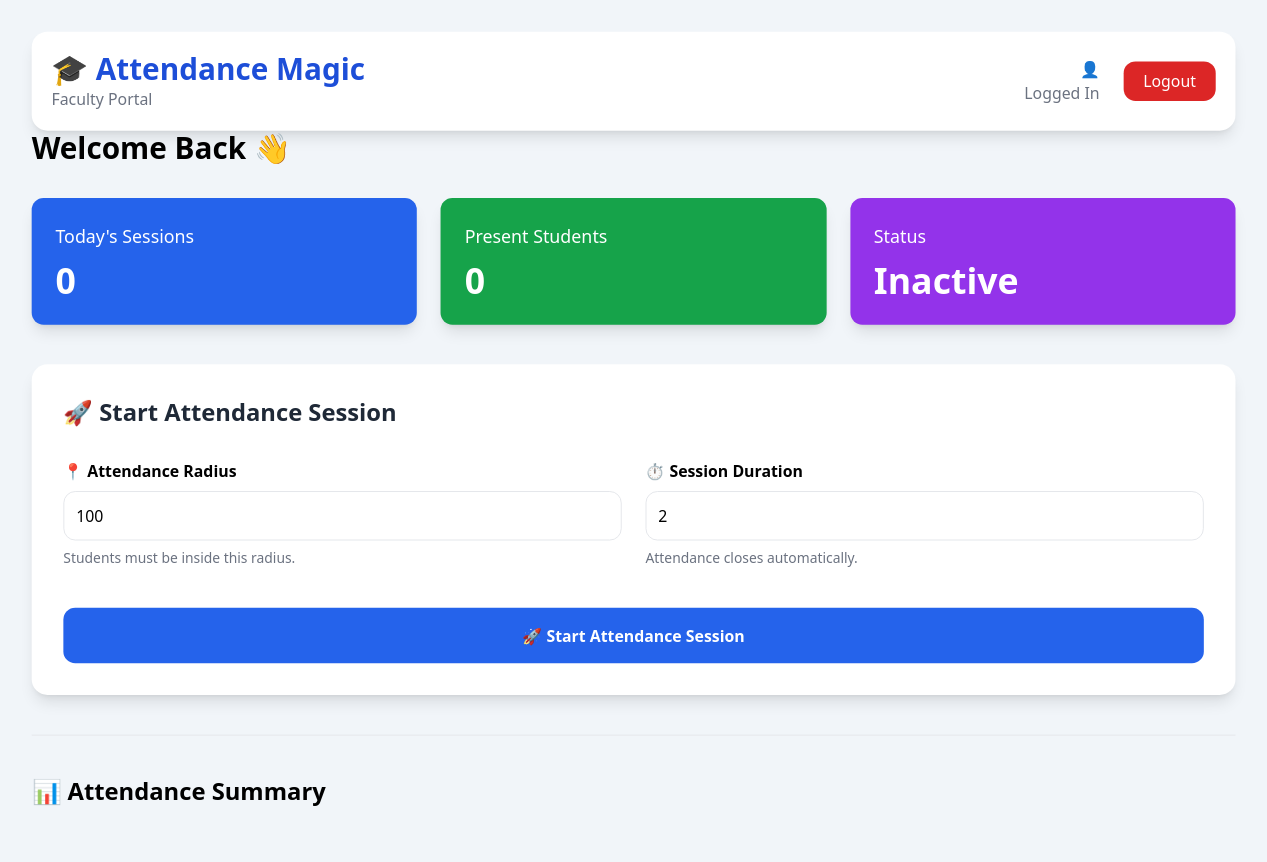
Repository: SparcxSolutions/Attendance_Magic
Page: /faculty (app in frontend/)
An editor plug-in stored every save of this project. The page is shown before and after the next save, followed by the edit.
The browser window is 1280 px wide. The pictures show the whole page, at 99% of full size.
The page's requests for data from a server got no answer. The project was rebuilt for these pictures with package versions that can differ from the ones it lists, and the page was loaded fresh each time. No one was signed in, and anything a server would have sent is missing. Also part of the build but not shown: frontend/vite.config.js, frontend/src/pages/Login.jsx, frontend/src/components/StudentTable.jsx, frontend/src/pages/StudentAttendance.jsx.

Above is the page before, as saved 2026-07-16 12:20:35.

After the next save:
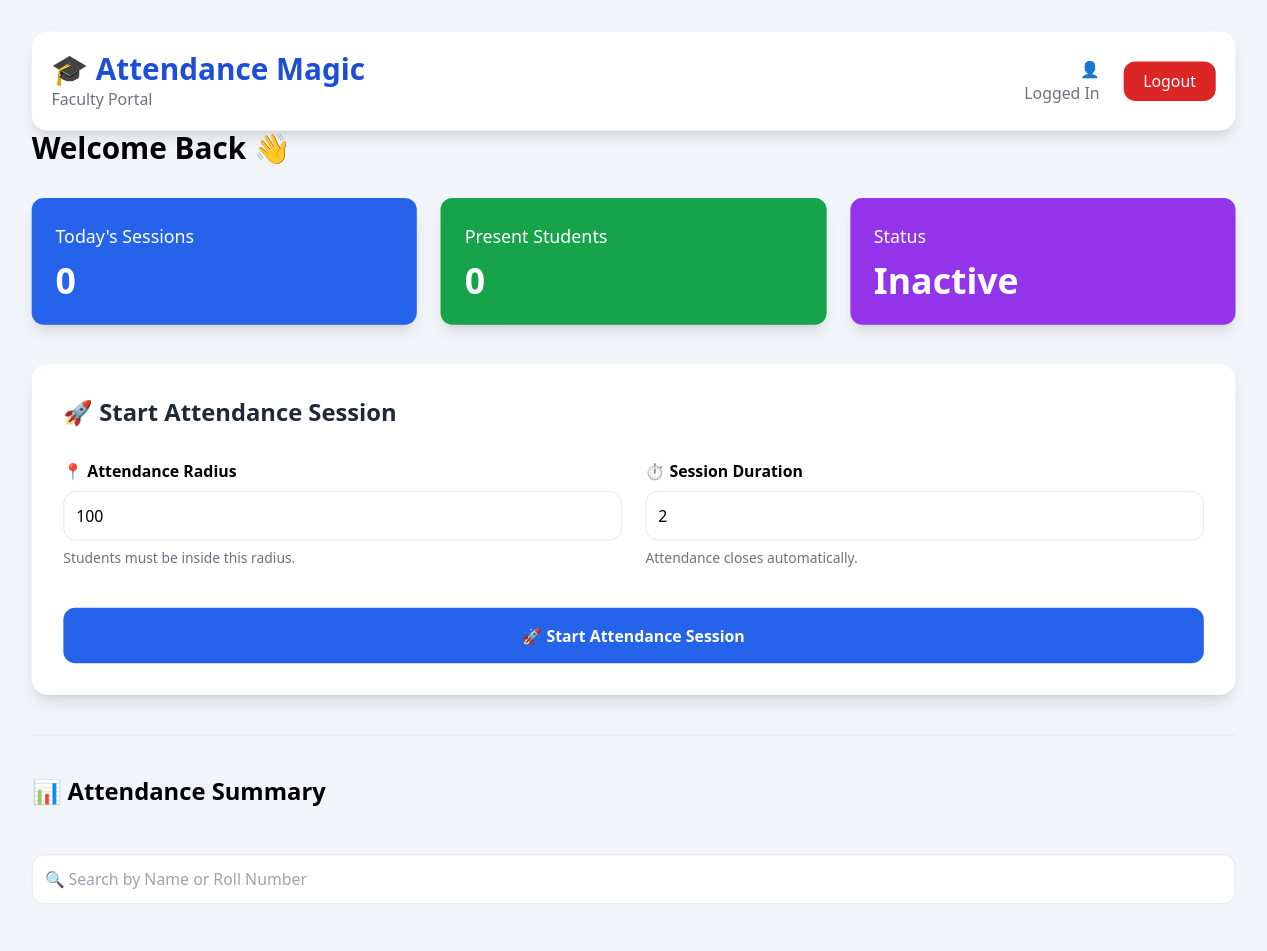
Saved 18 s later.
--- a/frontend/src/pages/FacultyDashboard.jsx
+++ b/frontend/src/pages/FacultyDashboard.jsx
@@ -403,6 +403,17 @@ useEffect(() => {
                 fetchStudents={fetchStudents}
 
             />
+            <div className="mt-6 mb-4">
+
+    <input
+        type="text"
+        placeholder="🔍 Search by Name or Roll Number"
+        value={search}
+        onChange={(e) => setSearch(e.target.value)}
+        className="w-full border rounded-xl p-3"
+    />
+
+</div>
 
             <StudentTable
     students={students.filter((student) =>
